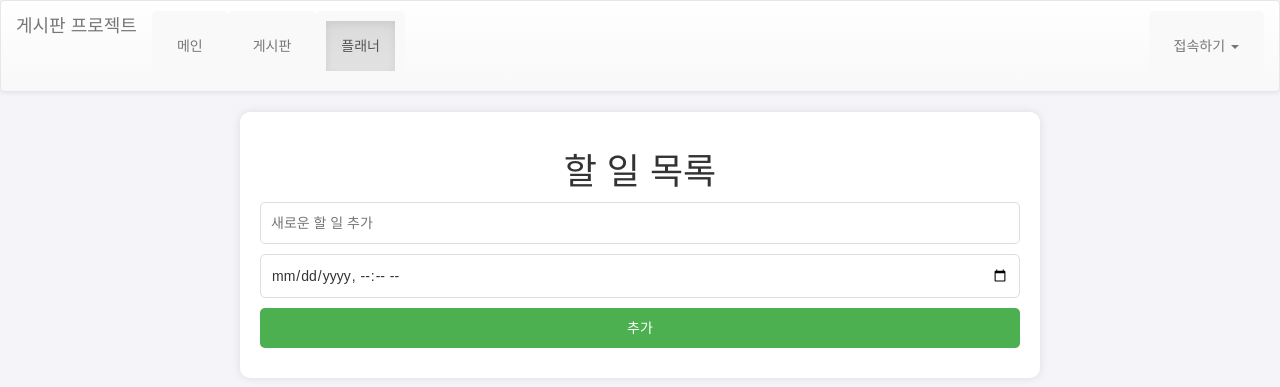
Repository: Seok7975/JSP-Education
Page: http://localhost/BBS/planner.jsp
These files come from the project's save history. The page is drawn as it stood at one moment and after the next save; the edit follows.
The browser window is 1280 px wide. The pictures show the whole page.
Some web libraries are served in a nearby version. The page is served by Tomcat 9.

Above is the page before, as saved 2024-06-10 06:16:39.

After the next save:
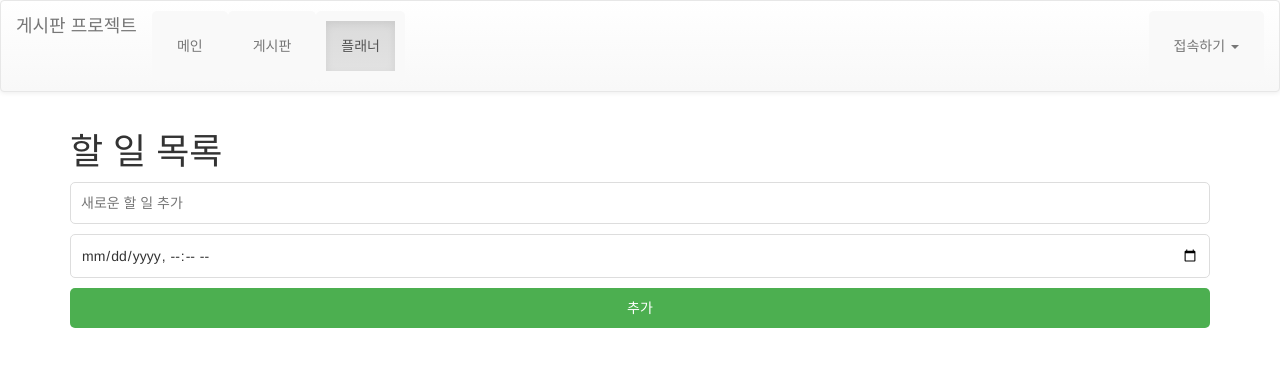
Saved 83 s later.
--- a/List_Projects/BBS/src/main/webapp/planner.jsp
+++ b/List_Projects/BBS/src/main/webapp/planner.jsp
@@ -15,7 +15,7 @@
     <style>
 
 
-         body {
+ /*         body {
             font-family: Arial, sans-serif;
             background-color: #f4f4f9;
             margin: 0;
@@ -82,7 +82,7 @@
         }
         .add-item button:hover {
             background: #45a049;
-        }
+        } */
     </style>
 </head>
 <body>
